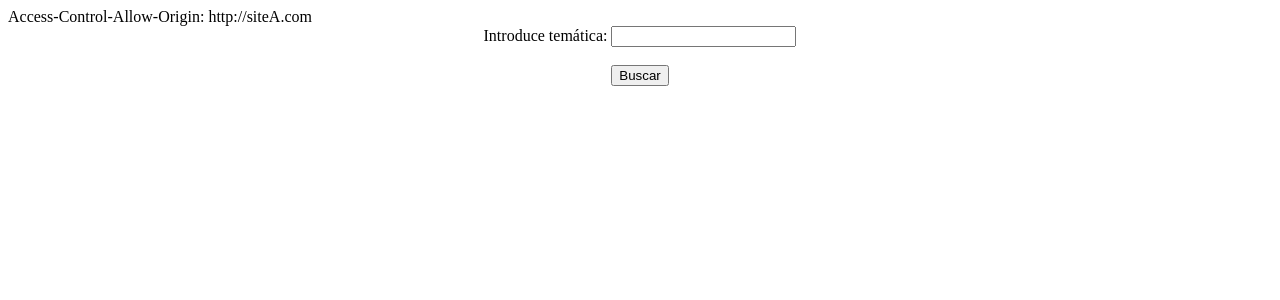
Repository: zhimbaya/corenetworks-javaee-2024
Page: JavaEE-servicio-rest/_03_cliente_front_buscador/public/buscador.html
These files come from the project's save history. The page is drawn as it stood at one moment and after the next save; the edit follows.
The browser window is 1280 px wide. The pictures show the whole page.

Above is the page before, as saved 2024-02-07 19:03:14.

After the next save:
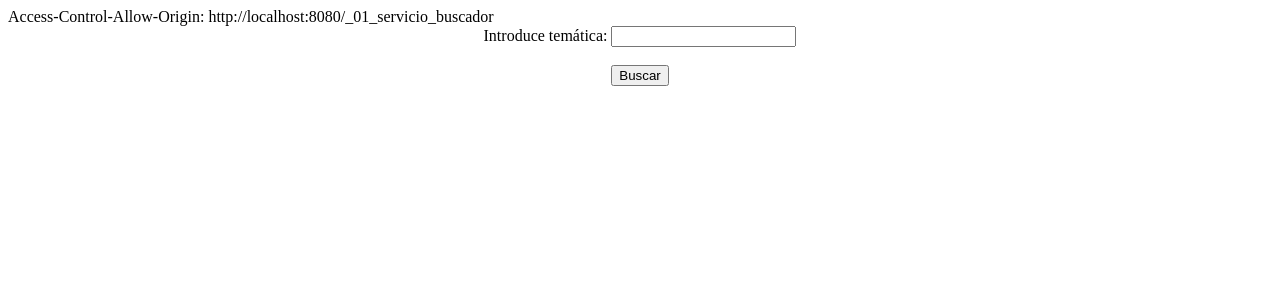
Saved 12 s later.
--- a/JavaEE-servicio-rest/_03_cliente_front_buscador/public/buscador.html
+++ b/JavaEE-servicio-rest/_03_cliente_front_buscador/public/buscador.html
@@ -3,7 +3,7 @@
 <head>
 <meta charset="utf-8">
 <title>Buscador</title>
-Access-Control-Allow-Origin: http://siteA.com
+Access-Control-Allow-Origin: http://localhost:8080/_01_servicio_buscador
 </head>
 <body>
 	<center>
